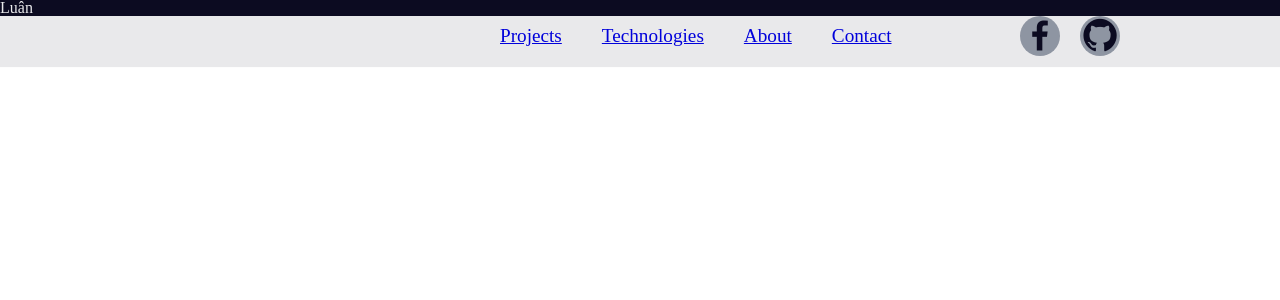
Repository: luanhoang0902/profile-react
Page: /Contact
An editor plug-in stored every save of this project. The page is shown before and after the next save, followed by the edit.
The browser window is 1280 px wide. The pictures show the whole page.
The project was rebuilt for these pictures with package versions that can differ from the ones it lists, and the page was loaded fresh each time. Also part of the build but not shown: src/css/Projects.css, src/features/Projects.jsx, src/css/Technologies.css, src/features/Technologies.jsx, src/features/About.jsx.

Above is the page before, as saved 2022-05-21 12:40:58.

### public/index.html
<!DOCTYPE html>
<html lang="en">
  <head>
    <meta charset="utf-8" />
    <link rel="icon" href="%PUBLIC_URL%/favicon.ico" />
    <meta name="viewport" content="width=device-width, initial-scale=1" />
    <meta name="theme-color" content="#000000" />
    <meta
      name="description"
      content="Web site created using create-react-app"
    />
    <link rel="apple-touch-icon" href="%PUBLIC_URL%/logo192.png" />
    <!--
      manifest.json provides metadata used when your web app is installed on a
      user's mobile device or desktop. See https://developers.google.com/web/fundamentals/web-app-manifest/
    -->
    <link rel="manifest" href="%PUBLIC_URL%/manifest.json" />
    <!--
      Notice the use of %PUBLIC_URL% in the tags above.
      It will be replaced with the URL of the `public` folder during the build.
      Only files inside the `public` folder can be referenced from the HTML.

      Unlike "/favicon.ico" or "favicon.ico", "%PUBLIC_URL%/favicon.ico" will
      work correctly both with client-side routing and a non-root public URL.
      Learn how to configure a non-root public URL by running `npm run build`.
    -->
    <link rel="stylesheet"
    href="https://cdn.jsdelivr.net/npm/boxicons@latest/css/boxicons.min.css">
    <!-- or -->
    <link rel="stylesheet"
    href="https://unpkg.com/boxicons@latest/css/boxicons.min.css">
    <title>React App</title>
  </head>
  <body>
    <noscript>You need to enable JavaScript to run this app.</noscript>
    <div id="root"></div>
    <!--
      This HTML file is a template.
      If you open it directly in the browser, you will see an empty page.

      You can add webfonts, meta tags, or analytics to this file.
      The build step will place the bundled scripts into the <body> tag.

      To begin the development, run `npm start` or `yarn start`.
      To create a production bundle, use `npm run build` or `yarn build`.
    -->
  </body>
</html>

### src/App.js
import './App.css';
import Intro from './components/Intro';
import Header from './components/Header'
import { Route, Routes } from 'react-router-dom';
import Projects from './features/Projects';
import Technologies from './features/Technologies';
import About from './features/About';
import Contact from './features/Contact';

function App() {
  return (
    <div className="App" style = {{background: '#0d0c22', color: '#fff'}}>
      <Intro/>
      <Header/>
      <Routes>
        <Route path = '/Projects' element = {<Projects/>} exact />
        <Route path = '/Technologies' element = {<Technologies/>} exact />
        <Route path = '/About' element = {<About/>} exact />
        <Route path = '/Contact' element = {<Contact/>} exact />
      </Routes>
    </div>
  );
}

export default App;

### src/App.css
/* http://meyerweb.com/eric/tools/css/reset/
   v2.0 | 20110126
   License: none (public domain)
*/
* {
	box-sizing: border-box;
}

html, body, div, span, applet, object, iframe,
h1, h2, h3, h4, h5, h6, p, blockquote, pre,
a, abbr, acronym, address, big, cite, code,
del, dfn, em, img, ins, kbd, q, s, samp,
small, strike, strong, sub, sup, tt, var,
b, u, i, center,
dl, dt, dd, ol, ul, li,
fieldset, form, label, legend,
table, caption, tbody, tfoot, thead, tr, th, td,
article, aside, canvas, details, embed,
figure, figcaption, footer, header, hgroup,
menu, nav, output, ruby, section, summary,
time, mark, audio, video {
	margin: 0;
	padding: 0;
	border: 0;
	font-size: 100%;
	font: inherit;
	vertical-align: baseline;
}
/* HTML5 display-role reset for older browsers */
article, aside, details, figcaption, figure,
footer, header, hgroup, menu, nav, section {
	display: block;
}
body {
	line-height: 1;
}
ul {
	list-style: none;
}
blockquote, q {
	quotes: none;
}
blockquote:before, blockquote:after,
q:before, q:after {
	content: '';
	content: none;
}
table {
	border-collapse: collapse;
	border-spacing: 0;
}

### src/components/Intro.jsx
import React, { useEffect, useRef } from 'react';
import PropTypes from 'prop-types';

import "../css/Intro.css"

Intro.propTypes = {

};

function Intro(props) {

    const intro = useRef()

    useEffect(() => {
        console.log(intro.current)
        setTimeout(() => {
            intro.current.classList.add('up')
        },4000)
    },[])

    return (
        <div className="intro" ref = {intro}>
            <span className="text-1">
                <div></div>
            </span>
            <span className="text-2">P</span>
            <span className="text-3">E</span>
            <span className="text-4">N</span>
        </div>
    );
}

export default Intro;

### src/components/Header.jsx
import React, { useEffect, useRef } from "react";
import PropTypes from "prop-types";

import "../css/Header.css";
import { Link } from "react-router-dom";

Header.propTypes = {};

function Header(props) {
  const varHeader = useRef();

  useEffect(() => {
    window.addEventListener("scroll", (event) => {
      let scrollY = window.scrollY;
      scrollY > 180
        ? varHeader.current.classList.add("abc")
        : varHeader.current.classList.remove("abc");
    });
  }, []);

  return (
    <div className="header" ref={varHeader}>
      <div className="header__content">
        <div className="header__one">Nual</div>
        <div className="header__two">
          <div>
            <Link to="/Projects">Projects</Link>
          </div>
          <div>
            <Link to="/Technologies">Technologies</Link>
          </div>
          <div>
            <Link to="/About">About</Link>
          </div>
          <div>
            <Link to="/Contact">Contact</Link>
          </div>
        </div>
        <div className="header__three">
          <a href="https://www.facebook.com/profile.php?id=100029577947626">
            <i class="bx bxl-facebook"></i>
          </a>
          <a href = 'https://github.com/luanhoang0902 '>
            <i class="bx bxl-github"></i>
          </a>
        </div>
      </div>
    </div>
  );
}

export default Header;

### src/features/Contact.jsx
import React from 'react';
import PropTypes from 'prop-types';

Contact.propTypes = {

};

function Contact(props) {
    return (
        <div className = 'contact'>
            Luân
        </div>
    );
}

export default Contact;

### src/css/Intro.css
@import url(./variable.css);

.intro {
    position: fixed;

    height: 100vh;
    width: 100vw;
    background-color: var(--black);

    color: var(--white);
    text-align: center;
    line-height: 100vh;

    font-size: 60px;
    font-weight: 600;
    transition: all 2s ease-out;
    z-index: 100;
}
.up {
    transform: translateY(-100%);
    opacity: 0;
}
.intro  span {
    display: inline-block;
}
.text-1 {
    display: inline-block;

    height: 50px;
    width: 50px;
    background-color: white;

    border: 5px solid var(--white);
    border-radius: 50%;

    animation: up 2s  infinite linear;
}
.text-2 {
    animation: up 2s  infinite linear 0.25s;
}
.text-3 {
    animation: up 2s  infinite linear 0.5s;
}
.text-4 {
    animation: up 2s  infinite linear 0.75s;
}
.text-1 div {
    height: 30px;
    width: 30px;
    background-color: white;

    border: 10px solid var(--black);
    border-right: transparent solid 10px;
    border-radius: 50%;

    animation: xoay 5s  infinite linear;
}
/* .in {
    height: 20px;
    width: 20px;
    background-color: white;

    border-right: 10px solid var(--black);
    border-radius: 50%;
} */

@keyframes xoay {
    from {
        transform: rotate(0);
    }
    to{
        transform: rotate(360deg);
    }
}

@keyframes up {
    0% {
        transform: translateY(0px);
    }
    50% {
        transform: translateY(-20px);
    }
    100% {
        transform: translateY(0px);
    }
}

@keyframes non1 {
    to{
        transform: translateY(-100%);
    }
}

### src/css/Header.css
@import url(./variable.css);

.header {
    position: fixed;

    height: 10vh;
    width: 100vw;

}
.abc {
    background-color: var(--black)
}
.header__content {
    display: flex;

    height: 100%;
    width: 75vw;

    margin: 0 auto;
}
.header__content div {
    height: 100%;
    width: 25vw;

    line-height: 10vh;
}
.header__one {
    font-size: 26px;
}
.header__one::first-letter {
    font-size: 40px;
    font-weight: 600;
}
.header__two {
    display: flex;
}
.header__two div {
    color: var(--gray);
    font-size: 1.2rem;

    transition: all 0.5s ease;
    margin: 0 20px;
}
.header__two div:hover {
    color: var(--white);
    transform: scale(1.2);
    cursor: pointer;
}
.header__three div:hover {
    background-color: var(--white);
    transform: scale(1.2);
    cursor: pointer;
}
.header__three {
    display: flex;
    align-items: center;
    justify-content: flex-end;
}
.header__three a {
    height: 40px;
    width: 40px;
    background-color: var(--gray);

    border-radius: 50%;
    margin-left: 20px ;

    color: var(--black);
    font-size: 40px;
    text-align: center;
    line-height:40px;

}

### src/css/variable.css
:root {
    --black: #0d0c22;
    --white: white;
    --gray: #9ca3af;
}

Loaded but not shown: src/index.js (common file)

After the next save:
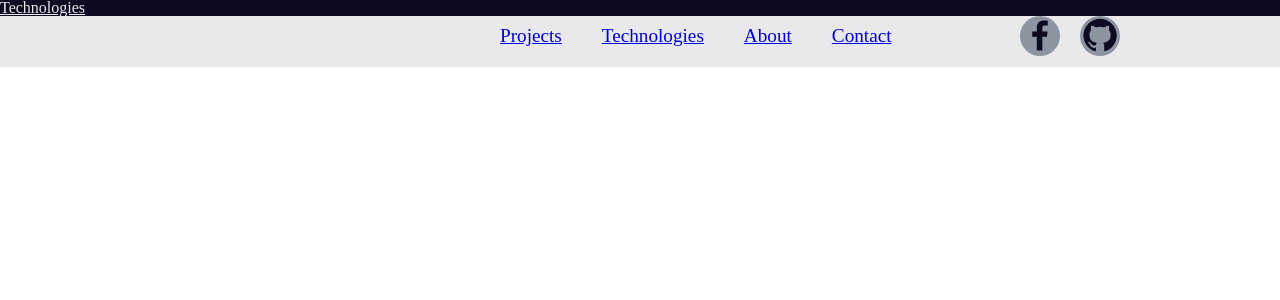
Saved 2 s later.
--- a/src/features/Contact.jsx
+++ b/src/features/Contact.jsx
@@ -8,7 +8,7 @@
 function Contact(props) {
     return (
         <div className = 'contact'>
-            Luân
+            <u>Technologies</u>
         </div>
     );
 }
